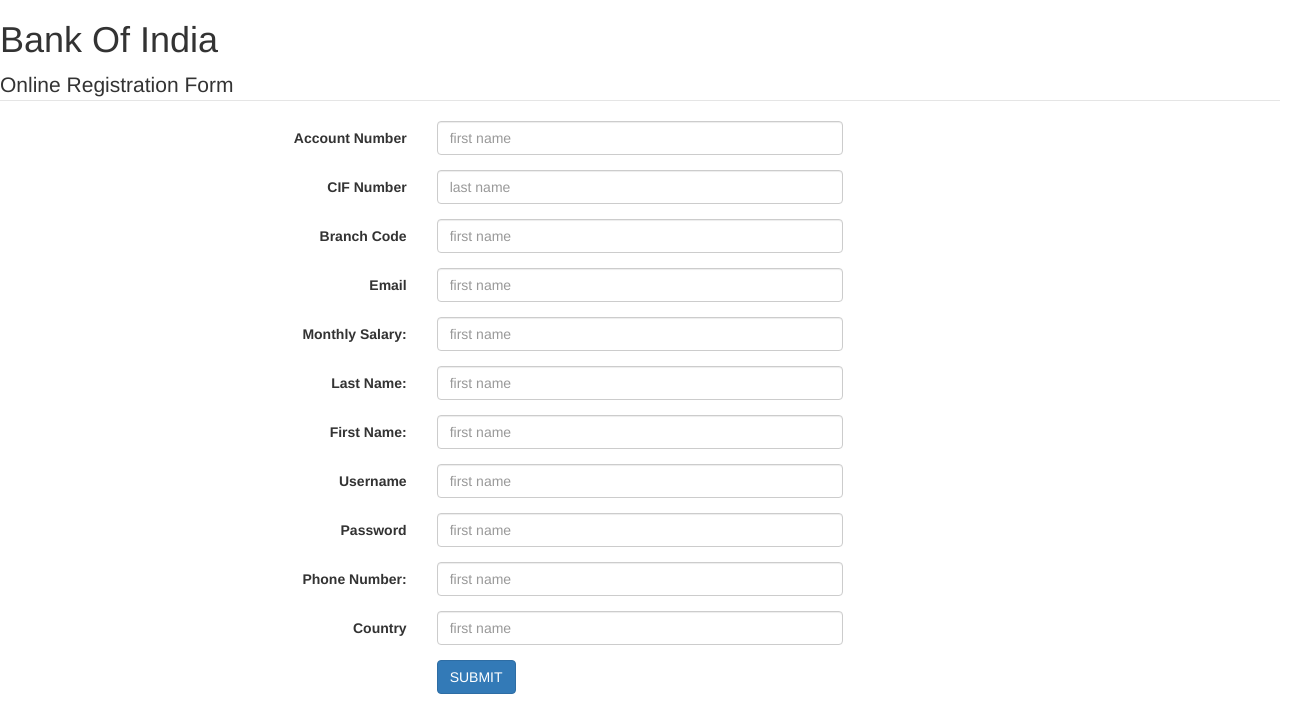
Repository: SivaSRKSomanchi/BellInfo-FinalProject
Page: http://localhost/bellinfo-finalproject/WEB-INF/view/userRegistrationPage.jsp
An editor plug-in stored every save of this project. The page is shown before and after the next save, followed by the edit.
The browser window is 1280 px wide. The page is 1295 px wide, so the pictures cover 1295 px, including what lies to the right of the window. The pictures show the whole page.
The page is served by Tomcat 9. Nobody is signed in. The template is opened directly, without the code that normally fills it, so the values that code supplies are empty.

Above is the page before, as saved 2017-08-10 19:46:40.

After the next save:
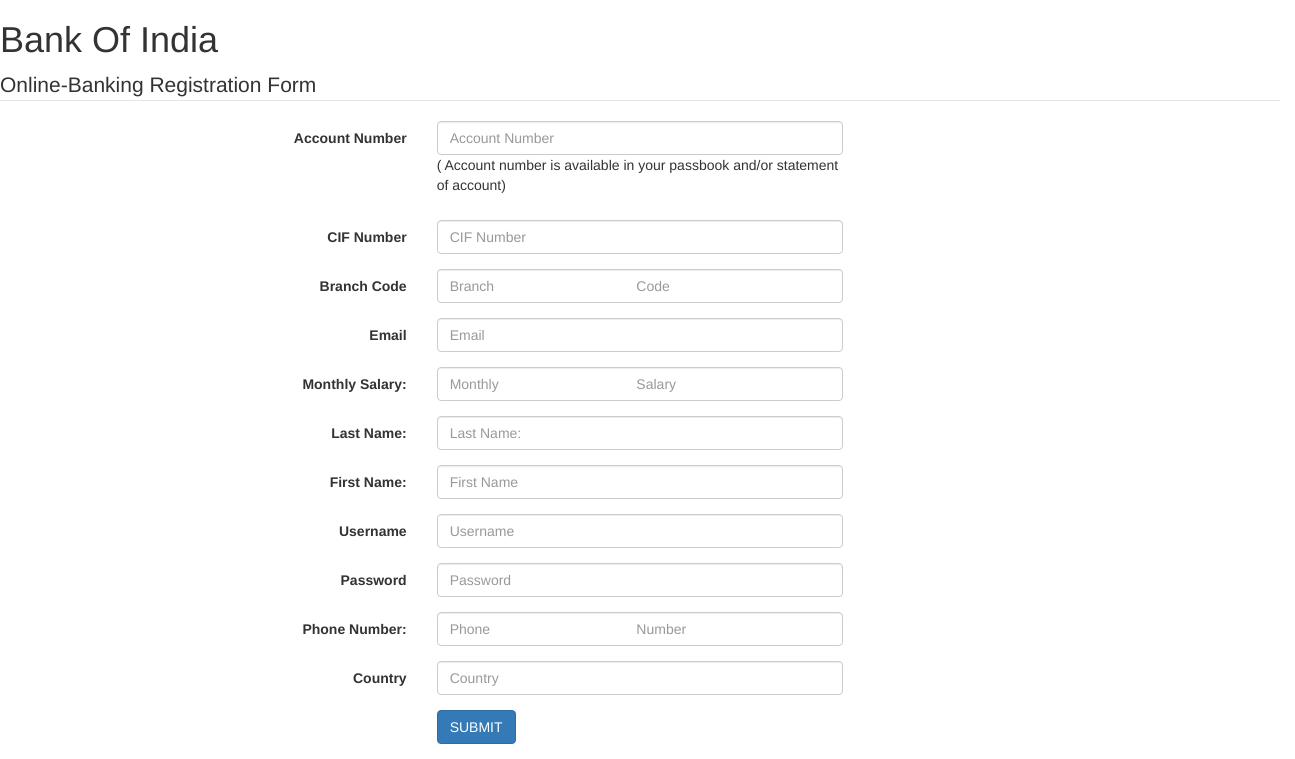
Saved 6 min 48 s later.
--- a/bellinfo-finalproject/src/main/webapp/WEB-INF/view/userRegistrationPage.jsp
+++ b/bellinfo-finalproject/src/main/webapp/WEB-INF/view/userRegistrationPage.jsp
@@ -28,16 +28,16 @@
 		<fieldset>
 
 			<!-- Form Name -->
-			<legend>Online Registration Form</legend>
+			<legend>Online-Banking Registration Form</legend>
 
 			<!-- Text input-->
 			<div class="form-group">
 				<label class="col-md-4 control-label" for="fn">Account
 					Number</label>
 				<div class="col-md-4">
-					<form:input path="accountNumber" placeholder="first name"
-						class="form-control input-md" />
-
+					<form:input path="accountNumber" placeholder="Account Number"
+						class="form-control input-md" />
+						<p> ( Account number is available in your passbook and/or statement of account)</p>
 				</div>
 			</div>
 
@@ -45,7 +45,7 @@
 			<div class="form-group">
 				<label class="col-md-4 control-label" for="ln">CIF Number</label>
 				<div class="col-md-4">
-					<form:input path="cifNumber" placeholder="last name"
+					<form:input path="cifNumber" placeholder="CIF Number"
 						class="form-control input-md" />
 
 				</div>
@@ -56,7 +56,8 @@
 				<label class="col-md-4 control-label" for="cmpny">Branch
 					Code</label>
 				<div class="col-md-4">
-					<form:input path="branchCode" placeholder="first name"
+					<form:input path="branchCode" placeholder="Branch
+					Code"
 						class="form-control input-md" />
 
 				</div>
@@ -66,8 +67,9 @@
 			<div class="form-group">
 				<label class="col-md-4 control-label" for="email">Email</label>
 				<div class="col-md-4">
-					<form:input path="email" placeholder="first name"
-						class="form-control input-md" />
+					<form:input path="email" placeholder="Email"
+						class="form-control input-md" />
+
 
 				</div>
 			</div>
@@ -77,7 +79,8 @@
 				<label class="col-md-4 control-label" for="add1">Monthly
 					Salary:</label>
 				<div class="col-md-4">
-					<form:input path="salary" placeholder="first name"
+					<form:input path="salary" placeholder="Monthly
+					Salary"
 						class="form-control input-md" />
 
 				</div>
@@ -87,7 +90,7 @@
 			<div class="form-group">
 				<label class="col-md-4 control-label" for="add2">Last Name:</label>
 				<div class="col-md-4">
-					<form:input path="lastName" placeholder="first name"
+					<form:input path="lastName" placeholder="Last Name:"
 						class="form-control input-md" />
 
 				</div>
@@ -97,7 +100,7 @@
 			<div class="form-group">
 				<label class="col-md-4 control-label" for="city">First Name:</label>
 				<div class="col-md-4">
-					<form:input path="firstName" placeholder="first name"
+					<form:input path="firstName" placeholder="First Name"
 						class="form-control input-md" />
 				</div>
 			</div>
@@ -106,7 +109,7 @@
 			<div class="form-group">
 				<label class="col-md-4 control-label" for="zip">Username</label>
 				<div class="col-md-4">
-					<form:input path="username" placeholder="first name"
+					<form:input path="username" placeholder="Username"
 						class="form-control input-md" />
 
 				</div>
@@ -116,7 +119,7 @@
 			<div class="form-group">
 				<label class="col-md-4 control-label" for="ctry">Password</label>
 				<div class="col-md-4">
-					<form:input path="password" placeholder="first name"
+					<form:input path="password" placeholder="Password"
 						class="form-control input-md" />
 
 				</div>
@@ -127,7 +130,8 @@
 				<label class="col-md-4 control-label" for="phone">Phone
 					Number: </label>
 				<div class="col-md-4">
-					<form:input path="phoneNumber" placeholder="first name"
+					<form:input path="phoneNumber" placeholder="Phone
+					Number"
 						class="form-control input-md" />
 
 				</div>
@@ -137,7 +141,7 @@
 			<div class="form-group">
 				<label class="col-md-4 control-label" for="phone">Country</label>
 				<div class="col-md-4">
-					<form:input path="country" placeholder="first name"
+					<form:input path="country" placeholder="Country"
 						class="form-control input-md" />
 
 				</div>
